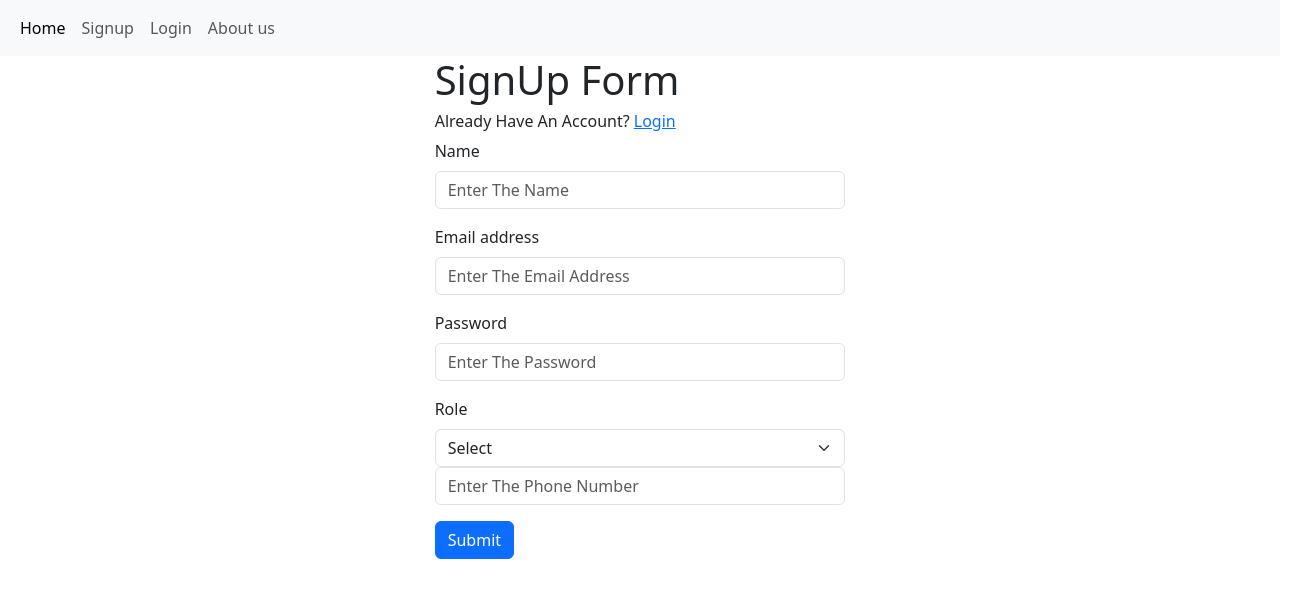
Repository: Manojs14/blob-application
Page: http://localhost/blob_application/
An editor plug-in stored every save of this project. The page is shown before and after the next save, followed by the edit.
The browser window is 1280 px wide. The page is 1292 px wide, so the pictures cover 1292 px, including what lies to the right of the window. The pictures show the whole page.
The page is served by Tomcat 9.

Above is the page before, as saved 2024-07-17 04:14:22.

After the next save:
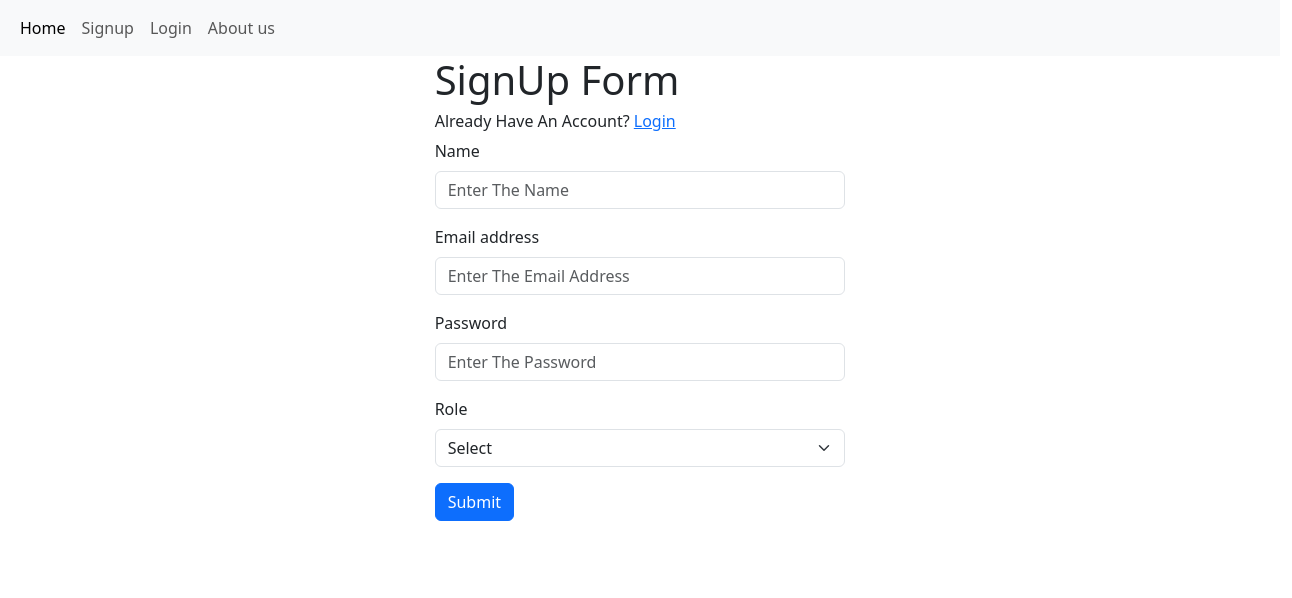
Saved 17 s later.
--- a/blob_application/src/main/webapp/index.jsp
+++ b/blob_application/src/main/webapp/index.jsp
@@ -82,9 +82,8 @@
   <option >Select</option>
   <option value="1">Viewer</option>
   <option value="2">Admin</option>
+</select>
 
-</select>
-    <input type="text" class="form-control" name="pnum" id=number placeholder="Enter The Phone Number" required>
   </div>
 
   <button type="submit" class="btn btn-primary">Submit</button>
